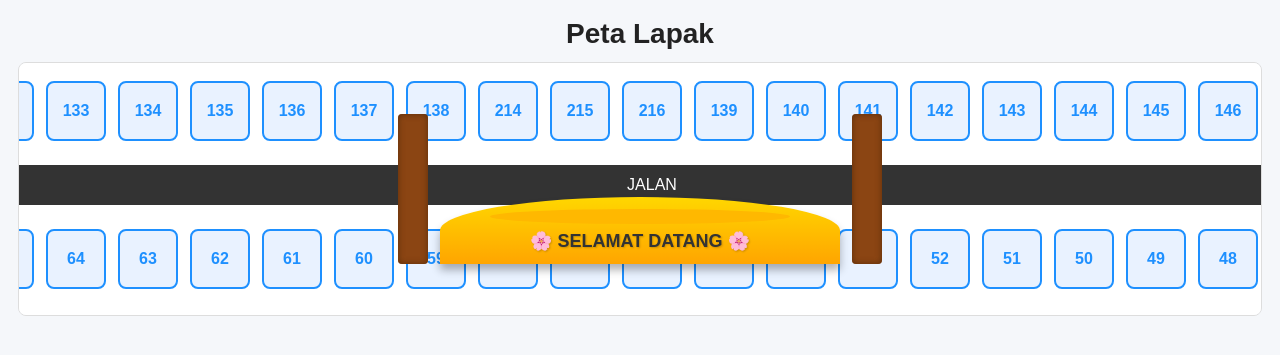
Repository: pasarrakyatbak/denah
Page: index.html
These files come from the project's save history. The page is drawn as it stood at one moment and after the next save; the edit follows.
The browser window is 1280 px wide. The pictures show the whole page.

Above is the page before, as saved 2025-09-19 08:36:03.

### index.html
<!DOCTYPE html>
<html lang="id">

<head>
    <meta charset="utf-8" />
    <meta name="viewport" content="width=device-width,initial-scale=1" />
    <title>Peta Lapak</title>
    <link rel="stylesheet" href="style.css" />
</head>

<body>
    <h1>Peta Lapak</h1>

    <div class="scroll-container">
        <div class="h-inner">
            <!-- Baris atas: sisi kanan -->
            <div class="row top" id="right-side"></div>

            <!-- Jalan horizontal -->
            <div class="road" id="road">JALAN</div>

            <!-- Baris bawah: sisi kiri -->
            <div class="row bottom" id="left-side"></div>
        </div>
    </div>

    <script src="script.js"></script>
</body>

</html>

### style.css
/* reset & base */
* {
    box-sizing: border-box;
    margin: 0;
    padding: 0;
}

body {
    font-family: Arial, Helvetica, sans-serif;
    background: #f5f7fa;
    color: #222;
    padding: 18px;
    text-align: center;
}

h1 {
    margin-bottom: 12px;
    font-size: 28px;
}

/* kontainer scroll horizontal */
.scroll-container {
    position: relative;
    width: 100%;
    overflow-x: auto;
    overflow-y: hidden;
    border: 1px solid #ddd;
    background: #fff;
    border-radius: 8px;
    padding: 12px;
}

/* inner flex column */
.h-inner {
    display: flex;
    flex-direction: column;
    gap: 18px;
    align-items: flex-start;
    min-width: max-content;
    padding-bottom: 8px;
}

/* baris lapak */
.row {
    display: flex;
    gap: 12px;
    align-items: center;
    min-width: max-content;
    padding: 6px 0;
}

/* kotak lapak */
.lapak {
    width: 60px;
    height: 60px;
    border-radius: 8px;
    background: #e9f2ff;
    border: 2px solid #1e90ff;
    color: #1e90ff;
    font-weight: 700;
    display: flex;
    align-items: center;
    justify-content: center;
}

/* jalan horizontal */
.road {
    height: 40px;
    background: #333;
    color: #fff;
    display: flex;
    align-items: center;
    justify-content: center;
    border-radius: 8px;
    padding: 0 10px;
    min-width: max-content;
}

/* gerbang */
.jalan-gerbang {
    width: 120px;
    height: 40px;
    background: #ff8c1a;
    color: white;
    display: flex;
    align-items: center;
    justify-content: center;
    border-radius: 8px;
    font-weight: 700;
    margin: 0 6px;
}

/* GAPURA 3D */
.gapura {
    position: absolute;
    top: 50%;
    transform: translate(-50%, -50%);
    display: flex;
    align-items: flex-end;
    justify-content: center;
    z-index: 100;
    height: 150px;
}

.gapura .tiang {
    width: 30px;
    height: 100%;
    background: #8B4513;
    border-radius: 4px;
    box-shadow: inset 0 0 6px #5a2e0b;
    flex-shrink: 0;
}

.gapura .tiang.kiri {
    margin-right: 12px;
}

.gapura .tiang.kanan {
    margin-left: 12px;
}

.gapura .atap {
    background: linear-gradient(to bottom, #FFD700, #FFA500);
    border-radius: 50% 50% 0 0;
    padding: 12px 50px;
    display: flex;
    flex-direction: column;
    align-items: center;
    box-shadow: 0 6px 8px rgba(0, 0, 0, 0.3);
    flex-shrink: 0;
}

.gapura .dekor-atas {
    width: 100%;
    height: 15px;
    background: #FFB800;
    border-radius: 50%;
    margin-bottom: 6px;
}

.gapura .teks {
    font-weight: bold;
    font-size: 18px;
    color: #333;
    text-align: center;
    text-shadow: 1px 1px 2px rgba(0, 0, 0, 0.2);
}

/* responsive */
@media (max-width: 900px) {
    .lapak {
        width: 50px;
        height: 50px;
    }

    .jalan-gerbang {
        width: 100px;
        height: 36px;
    }

    .gapura {
        height: 120px;
    }

    .gapura .tiang {
        width: 25px;
    }

    .gapura .atap {
        padding: 10px 40px;
    }

    .gapura .teks {
        font-size: 16px;
    }
}

@media (max-width: 480px) {
    .lapak {
        width: 40px;
        height: 40px;
        font-size: 12px;
    }

    .jalan-gerbang {
        background: #ffcc00;
        padding: 6px 12px;
        border-radius: 6px;
        margin: 0 4px;
        font-weight: bold;
        text-align: center;
    }

    .gapura {
        height: 100px;
    }

    .gapura .tiang {
        width: 20px;
    }

    .gapura .atap {
        padding: 8px 30px;
    }

    .gapura .teks {
        font-size: 14px;
    }
}

### script.js
// ===== DATA NOMOR =====
const leftNumbers = [1, 2, 3, 4, 5, 6, 7, 8, 9, 10, 11, 15, 16, 17, 18, 19, 20, 21, 22, 23, 24, 25, 26, 27, 28, 29, 30, 31, 32, 33, 34, 35, 36, 37, 38, 39, 40, 41, 42, 43, 44, 45, 46, 47, 48, 49, 50, 51, 52, 53, 54, 55, 56, 57, 58, 59, 60, 61, 62, 63, 64, 65, 66, 67, 68, 69, 70, 71, 72, 73, 74, 75, 76, 77, 78, 79, 80, 81, 82, 83, 84, 85, 86, 87, 88, 89, 90, 91, 92, 93, 94, 95, 96, 97, 98, 99, 100, 101, 102, 103, 104, 186, 187, 188, 189, 190, 191, 192, 193];
const rightNumbers = [194, 195, 196, 197, 198, 199, 200, 201, 202, 203, 204, 205, 206, 207, 208, 209, 210, 211, 212, 213, 105, 106, 107, 108, 109, 110, 111, 112, 113, 114, 115, 116, 117, 118, 119, 120, 121, 122, 123, 124, 125, 126, 127, 128, 129, 130, 131, 132, 133, 134, 135, 136, 137, 138, 214, 215, 216, 139, 140, 141, 142, 143, 144, 145, 146, 147, 148, 149, 150, 151, 152, 153, 154, 155, 156, 157, 158, 159, 160, 161, 162, 163, 164, 165, 166, 167, 168, 169, 170, 171, 172, 173, 174, 175, 176, 177, 178, 179, 180, 181, 182, 183, 184, 185];

// ===== ELEMENT =====
const rightSide = document.getElementById('right-side');
const leftSide = document.getElementById('left-side');
const road = document.getElementById('road');
const hInner = document.querySelector('.h-inner');
const scrollContainer = document.querySelector('.scroll-container');

// ===== FUNSI =====
function makeLapak(num) {
    const d = document.createElement('div');
    d.className = 'lapak';
    d.textContent = num;
    return d;
}

// render lapak
rightNumbers.forEach(n => rightSide.appendChild(makeLapak(n)));
leftNumbers.slice().reverse().forEach(n => leftSide.appendChild(makeLapak(n)));

// sisipkan gerbang
function insertGerbangBetween(parent, a, b, label = 'Gerbang Sekolah') {
    const children = Array.from(parent.children);
    const idxA = children.findIndex(c => c.textContent == String(a));
    const idxB = children.findIndex(c => c.textContent == String(b));
    if (idxA === -1 || idxB === -1) return;
    const insertAfterIndex = Math.min(idxA, idxB);
    const refNode = parent.children[insertAfterIndex + 1] || null;
    const g = document.createElement('div');
    g.className = 'jalan-gerbang';
    g.textContent = label;
    parent.insertBefore(g, refNode);
}
insertGerbangBetween(leftSide, 2, 3);
insertGerbangBetween(leftSide, 11, 15);

// ===== GAPURA =====
const gapura = document.createElement('div');
gapura.className = 'gapura';
gapura.innerHTML = `
  <div class="tiang kiri"></div>
  <div class="atap">
    <div class="dekor-atas"></div>
    <div class="teks">🌸 SELAMAT DATANG 🌸</div>
  </div>
  <div class="tiang kanan"></div>
`;
scrollContainer.appendChild(gapura);

// ===== POSISI GAPURA 3D =====
function adjustGapura3D() {
    const wTop = rightSide.scrollWidth;
    const wBottom = leftSide.scrollWidth;
    const maxW = Math.max(wTop, wBottom);

    hInner.style.minWidth = (maxW + 40) + 'px';
    road.style.width = maxW + 'px';

    // posisi gapura di tengah jalan
    gapura.style.left = `${maxW / 2}px`;

    // lebar atap menyesuaikan jalan
    const atap = gapura.querySelector('.atap');
    atap.style.width = Math.min(400, maxW / 2) + 'px';

    // scroll otomatis ke tengah jalan
    const containerW = scrollContainer.clientWidth;
    scrollContainer.scrollLeft = Math.max(0, (maxW - containerW) / 2);
}

// panggil saat load & resize
adjustGapura3D();
window.addEventListener('resize', () => {
    clearTimeout(window._adjustTimeout);
    window._adjustTimeout = setTimeout(adjustGapura3D, 120);
});

After the next save:
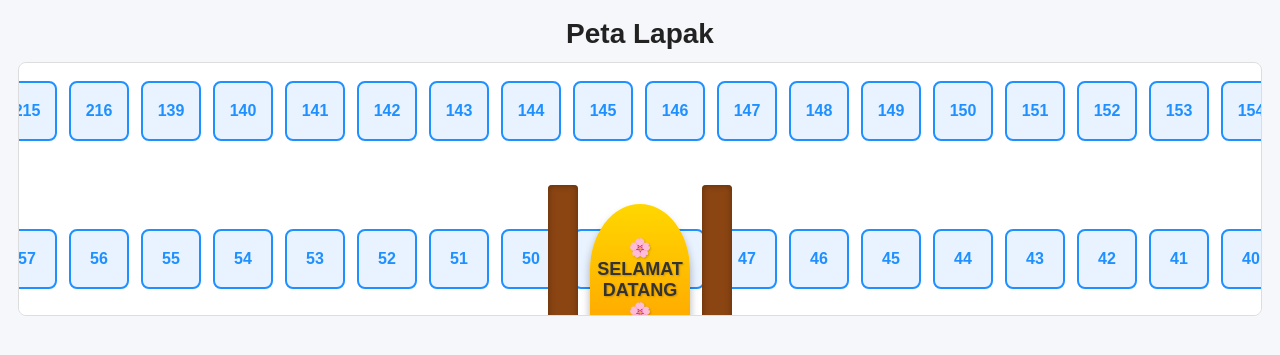
Saved 2 min 31 s later.
--- a/script.js
+++ b/script.js
@@ -17,11 +17,11 @@ function makeLapak(num) {
     return d;
 }
 
-// render lapak
+// Render lapak
 rightNumbers.forEach(n => rightSide.appendChild(makeLapak(n)));
 leftNumbers.slice().reverse().forEach(n => leftSide.appendChild(makeLapak(n)));
 
-// sisipkan gerbang
+// Sisipkan gerbang
 function insertGerbangBetween(parent, a, b, label = 'Gerbang Sekolah') {
     const children = Array.from(parent.children);
     const idxA = children.findIndex(c => c.textContent == String(a));
@@ -50,30 +50,41 @@ gapura.innerHTML = `
 `;
 scrollContainer.appendChild(gapura);
 
-// ===== POSISI GAPURA 3D =====
-function adjustGapura3D() {
-    const wTop = rightSide.scrollWidth;
-    const wBottom = leftSide.scrollWidth;
-    const maxW = Math.max(wTop, wBottom);
+// ===== POSISI GAPURA PRESISI =====
+function adjustGapuraPresisi() {
+    const lapakBawah57 = Array.from(leftSide.children).find(c => c.textContent == '57');
+    const lapakBawah58 = Array.from(leftSide.children).find(c => c.textContent == '58');
+    const lapakAtas145 = Array.from(rightSide.children).find(c => c.textContent == '145');
+    const lapakAtas146 = Array.from(rightSide.children).find(c => c.textContent == '146');
 
-    hInner.style.minWidth = (maxW + 40) + 'px';
-    road.style.width = maxW + 'px';
+    if (!lapakBawah57 || !lapakBawah58 || !lapakAtas145 || !lapakAtas146) return;
 
-    // posisi gapura di tengah jalan
-    gapura.style.left = `${maxW / 2}px`;
+    // Posisi vertikal: tengah antara 57 & 58
+    const rect57 = lapakBawah57.getBoundingClientRect();
+    const rect58 = lapakBawah58.getBoundingClientRect();
+    const scrollRect = scrollContainer.getBoundingClientRect();
+    const topGapura = (rect57.top + rect58.top + rect57.height) / 2 - scrollRect.top;
+    gapura.style.position = 'absolute';
+    gapura.style.top = `${topGapura}px`;
 
-    // lebar atap menyesuaikan jalan
+    // Posisi horizontal: tengah antara lapak 145 & 146
+    const rect145 = lapakAtas145.getBoundingClientRect();
+    const rect146 = lapakAtas146.getBoundingClientRect();
+    const leftGapura = (rect145.left + rect146.left + rect145.width) / 2 - scrollRect.left;
+    gapura.style.left = `${leftGapura}px`;
+
+    // Lebar atap menyesuaikan jarak antar lapak atas
     const atap = gapura.querySelector('.atap');
-    atap.style.width = Math.min(400, maxW / 2) + 'px';
+    const jarakHorizontal = (rect146.left - rect145.left);
+    atap.style.width = Math.min(400, jarakHorizontal) + 'px';
 
-    // scroll otomatis ke tengah jalan
-    const containerW = scrollContainer.clientWidth;
-    scrollContainer.scrollLeft = Math.max(0, (maxW - containerW) / 2);
+    // Scroll otomatis agar gapura terlihat
+    scrollContainer.scrollLeft = leftGapura - scrollContainer.clientWidth / 2;
 }
 
 // panggil saat load & resize
-adjustGapura3D();
+adjustGapuraPresisi();
 window.addEventListener('resize', () => {
     clearTimeout(window._adjustTimeout);
-    window._adjustTimeout = setTimeout(adjustGapura3D, 120);
+    window._adjustTimeout = setTimeout(adjustGapuraPresisi, 120);
 });
